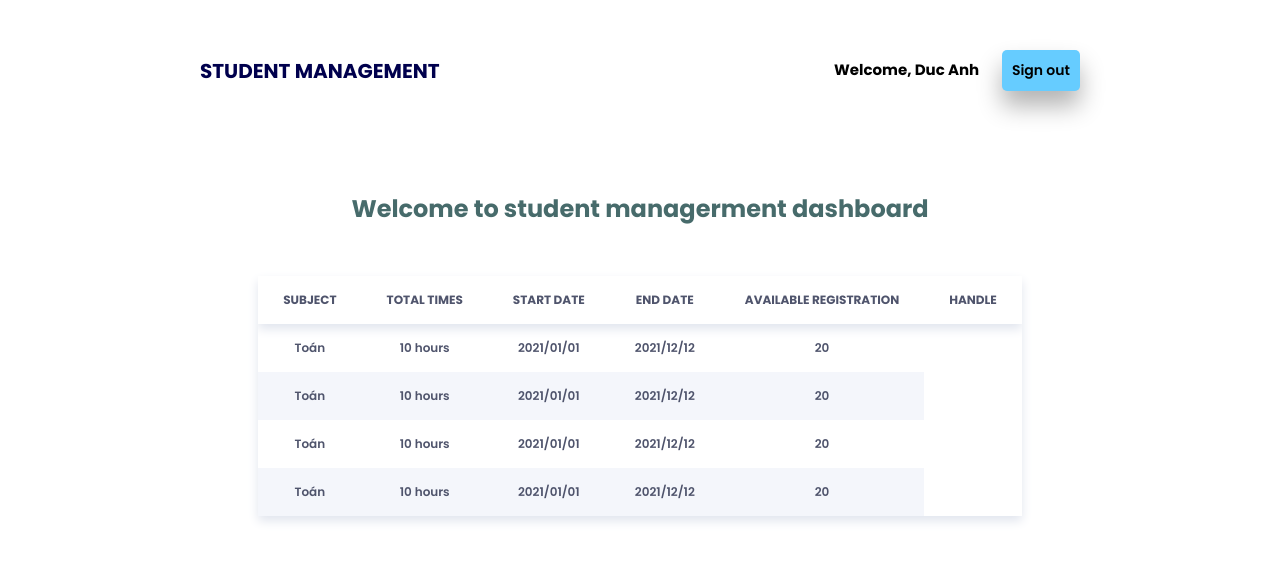
Repository: lenhandat/studentManagement
Page: front-end/fontpart3/Student_Management/user/homeUser.html
These files come from the project's save history. The page is drawn as it stood at one moment and after the next save; the edit follows.
The browser window is 1280 px wide. The pictures show the whole page.
Some icons come from a web library that is not loaded, so they are not drawn.

Above is the page before, as saved 2021-08-27 23:46:12.

After the next save:
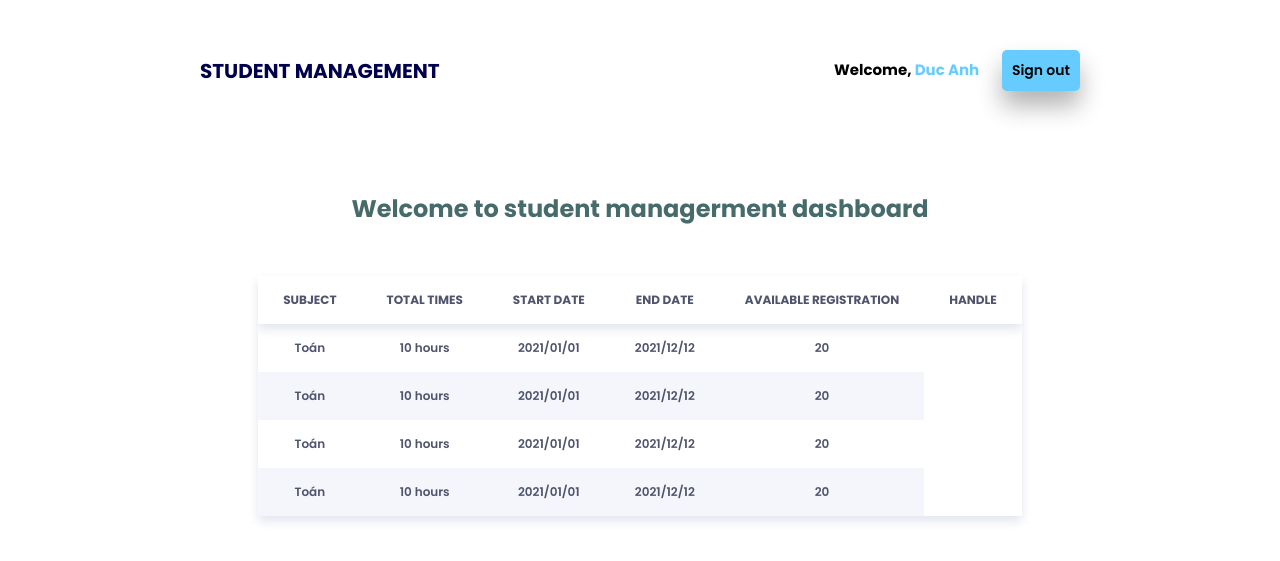
Saved 19 s later.
--- a/front-end/fontpart3/Student_Management/assets/css/homeUser.css
+++ b/front-end/fontpart3/Student_Management/assets/css/homeUser.css
@@ -15,6 +15,10 @@
 .header__text{
     display: inline-block;
     margin-right: 2rem;
+}
+
+.header__text span{
+    color: #66ccff;
 }
 
 .header__right--element{

After the save that followed:
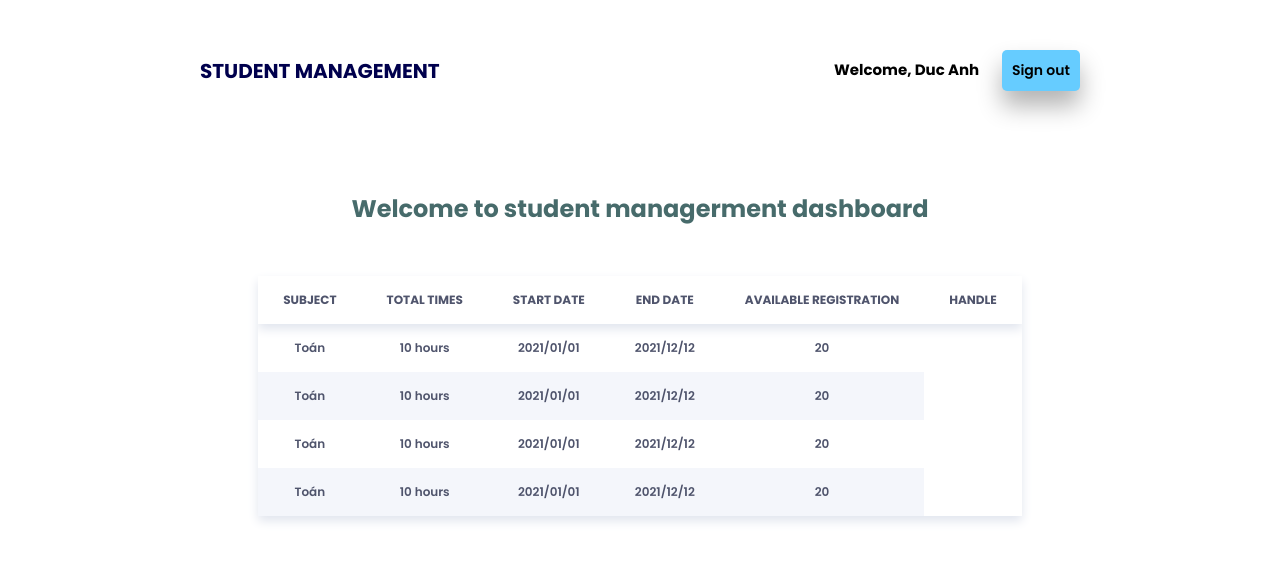
Saved 7 s later.
--- a/front-end/fontpart3/Student_Management/user/homeUser.html
+++ b/front-end/fontpart3/Student_Management/user/homeUser.html
@@ -15,7 +15,7 @@
     <header class="header">
         <h1 class="header__title">Student Management</h1>
         <div class="header__right">
-            <h2 class="header__text">Welcome, <span>Duc Anh</span></h2>
+            <h2 class="header__text">Welcome, <a>Duc Anh</a></h2>
             <a href="#" class="header__right--element header__register">
                 Sign out
                 <i class="fas fa-sign-out-alt"></i>
